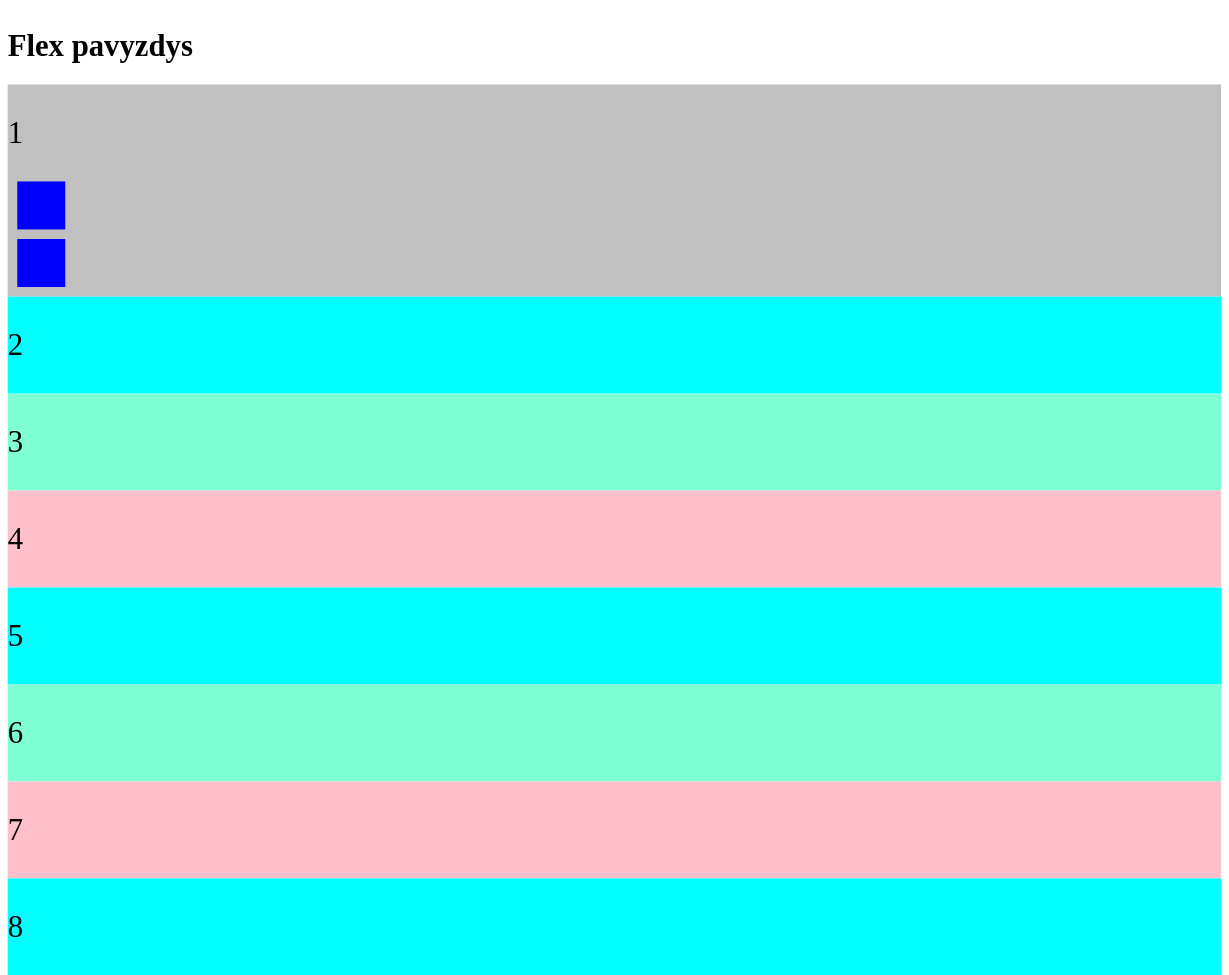
Repository: motiejus1/06-paskaita-invest
Page: index.html
An editor plug-in stored every save of this project. The page is shown before and after the next save, followed by the edit.
The browser window is 1280 px wide. The pictures show the whole page, at 96% of full size.

Above is the page before, as saved 2021-06-09 20:10:42.

### index.html
<!DOCTYPE html>
<html lang="en">
<head>
    <meta charset="UTF-8">
    <meta http-equiv="X-UA-Compatible" content="IE=edge">
    <meta name="viewport" content="width=device-width, initial-scale=1.0">
    <title>Sesta paskaita</title>
    <style>

* {
            box-sizing: border-box;
        }

        .col-1 {
            width: 8.33%;
        }

        .col-2 {
            width: 16.66%;
        }

        .col-3 {
            width: 25%;
        }

        .col-4 {
            width: 33.33%;
        }

        .col-5 {
            width: 41.66%;
        }

        .col-6 {
            width: 50%;
        }

        .col-7 {
            width: 58.33%;
        }

        .col-8 {
            width: 66.66%;
        }

        .col-9 {
            width:75%;
        }

        .col-10 {
            width: 83.33%;
        }

        .col-11 {
            width: 91.66%;
        }

        .col-12 {
            width: 100%;
        }

        [class*="col-"] {
            float:left;
        }


        .flex-container {
            display: flex;
            flex-direction:row;
            flex-wrap:wrap;
        }

        .flex-item-1 {
            width: 100%;
            background-color: silver;
        }

        .flex-item-2, .flex-item-3 {
            width: 50%;
        }

        .flex-item-4 {
            width: 70%;
        }

        .flex-item-5 {
            width: 30%;
        }

        .flex-item-6, .flex-item-7, .flex-item-8 {
            width: 33.33%;
        }

        .flex-item-1 {
            order: 1001;
        }

        .flex-item-2 {
            order: 202;
        }

        .flex-item-3 {
            order: 203;
        }

        .flex-item-4 {
            order: 205;
        }

        .flex-item-5 {
            order: 204;
        }

        .flex-item-6 {
            order: 206;
        }

        .flex-item-7 {
            order: 208;
        }

        .flex-item-8 {
            order: 207;
        }


        .zydra {
            background-color:aqua;
        }

        .zalsva {
            background-color: aquamarine;
        }

        .rozine {
            background-color: pink;
        }

        p {
            font-size: 32px;
        }

        .kvadratelis {
            width: 50px;
            height: 50px;
            background-color: blue;
            margin: 10px;
        }

        [class*="flex-item-"] {
                width: 100%;
                order: 1;
            }

        @media screen and (max-width: 720px) {
            .flex-container {
                flex-direction:column;
                flex-wrap: wrap;
            }

            [class*="flex-item-"] {
                width: 100%;
                order: 1;
            }
        }

    </style>
</head>
<body>
    <div class="container">

        <div class="row"> <!--12 stulpeliu  -->
            <div class="col-12"><!-- 12 stulpeliu -->

                <h1>Flex pavyzdys</h1>

                <!--flex -->
                <div class="flex-container">
                    <div class="flex-item-1">
                        <p>1</p>
                        <div class="kvadratelis">
                        </div>
                        <div class="kvadratelis">
                        </div>
                    </div>
                    <div class="flex-item-2 zydra">
                        <p>2</p>
                    </div>
                    <div class="flex-item-3 zalsva"><p>3</p></div>
                    <div class="flex-item-4 rozine"><p>4</p></div>
                    <div class="flex-item-5 zydra"><p>5</p></div>
                    <div class="flex-item-6 zalsva"><p>6</p></div>
                    <div class="flex-item-7 rozine"><p>7</p></div>
                    <div class="flex-item-8 zydra"><p>8</p></div>
                    <!-- <div class="flex-item-9"><p>9</p></div> -->

                    <!-- <h1 class="tekstas">Flex tekstas</h1> -->
                    <!--flex -->
                </div>
            </div>
        </div>




    </div>
</body>
</html>

After the next save:
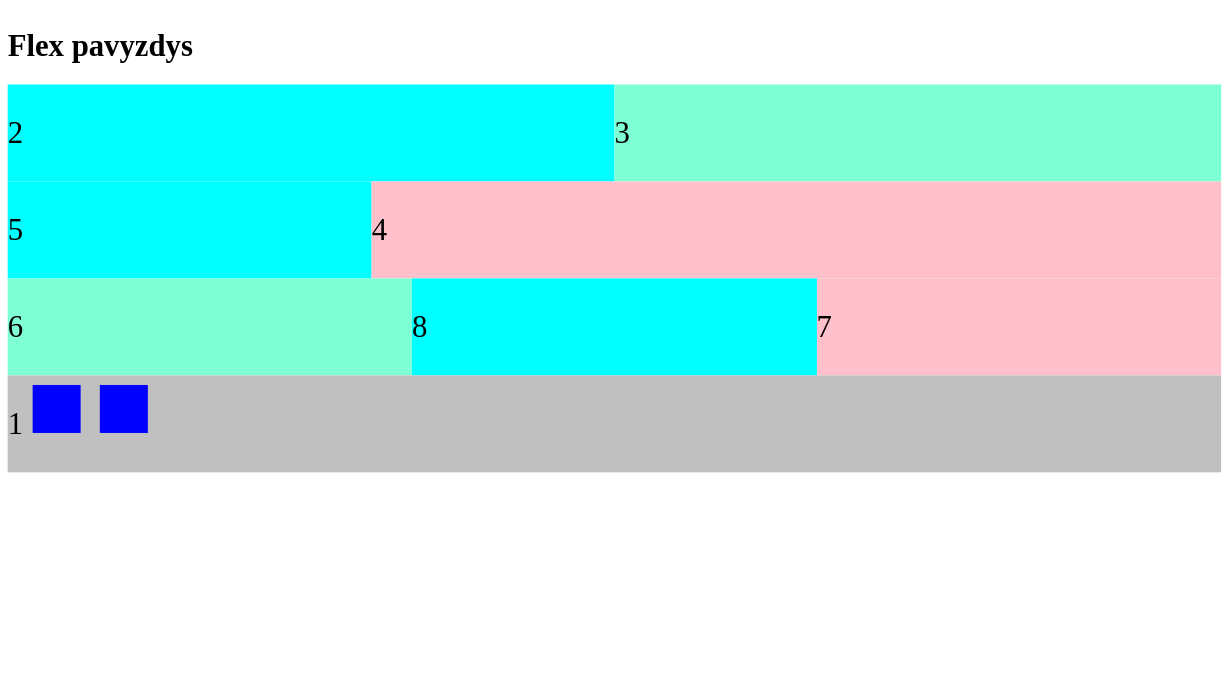
Saved 9 s later.
--- a/index.html
+++ b/index.html
@@ -148,8 +148,7 @@
         }
 
         [class*="flex-item-"] {
-                width: 100%;
-                order: 1;
+               display:flex;
             }
 
         @media screen and (max-width: 720px) {
